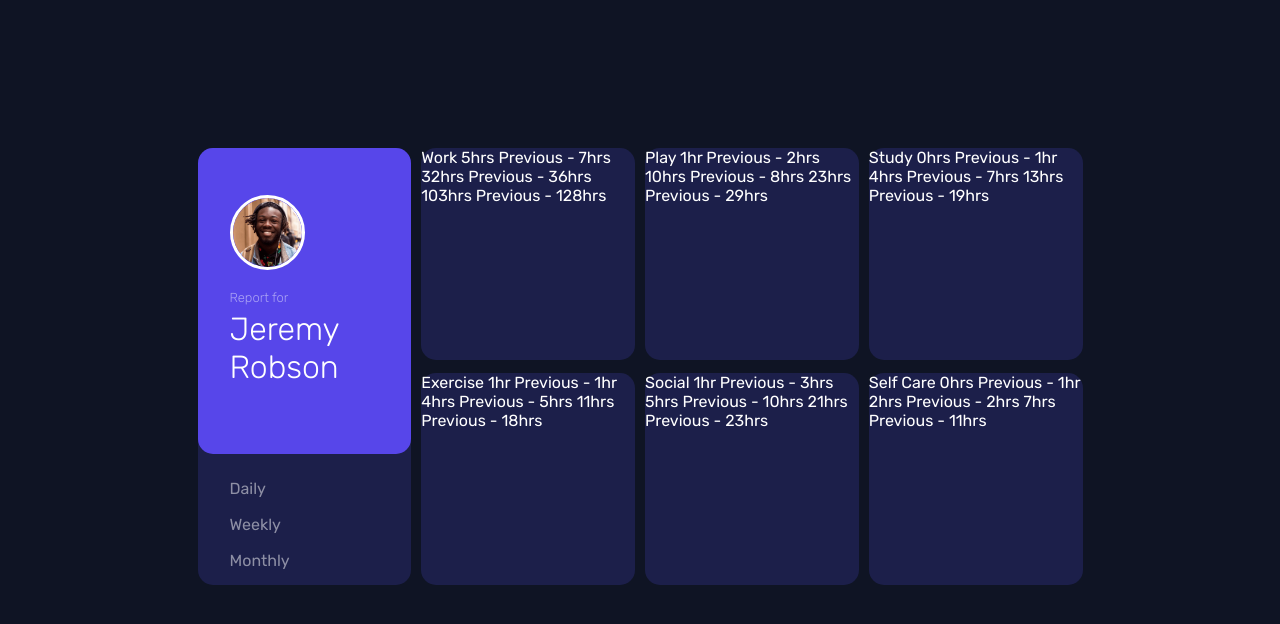
Repository: 3mr-5aled/time-tracking-dashboard-Junior
Page: index.html
An editor plug-in stored every save of this project. The page is shown before and after the next save, followed by the edit.
The browser window is 1280 px wide. The pictures show the whole page.

Above is the page before, as saved 2022-12-27 20:21:30.

### index.html
<!DOCTYPE html>
<html lang="en">
  <head>
    <meta charset="UTF-8" />
    <meta name="viewport" content="width=device-width, initial-scale=1.0" />
    <!-- displays site properly based on user's device -->

    <link
      rel="icon"
      type="image/png"
      sizes="32x32"
      href="./images/favicon-32x32.png"
    />
    <link rel="stylesheet" href="style.css" />

    <title>Frontend Mentor | Time tracking dashboard</title>

    <!-- Feel free to remove these styles or customise in your own stylesheet 👍 -->
    <style>
      .attribution {
        display: none;
        font-size: 11px;
        text-align: center;
      }
      .attribution a {
        color: hsl(228, 45%, 44%);
      }
    </style>
  </head>
  <body>
    <div class="main">
      <div class="user">
        <div class="userData">
          <img src="images/image-jeremy.png" alt="userFace" />
          <div class="userInfo">
            <p>Report for</p>
            <span>Jeremy Robson</span>
          </div>
        </div>
        <div class="filter">
          <button>Daily</button>
          <button>Weekly</button>
          <button>Monthly</button>
        </div>
      </div>
      <div class="work">
        Work 5hrs
        <!-- daily -->
        Previous - 7hrs
        <!-- daily -->
        32hrs
        <!-- weekly -->
        Previous - 36hrs
        <!-- weekly -->
        103hrs
        <!-- monthly -->
        Previous - 128hrs
        <!-- monthly -->
      </div>
      <div class="play">
        Play 1hr
        <!-- daily -->
        Previous - 2hrs
        <!-- daily -->
        10hrs
        <!-- weekly -->
        Previous - 8hrs
        <!-- weekly -->
        23hrs
        <!-- monthly -->
        Previous - 29hrs
        <!-- monthly -->
      </div>
      <div class="study">
        Study 0hrs
        <!-- daily -->
        Previous - 1hr
        <!-- daily -->
        4hrs
        <!-- weekly -->
        Previous - 7hrs
        <!-- weekly -->
        13hrs
        <!-- monthly -->
        Previous - 19hrs
        <!-- monthly -->
      </div>

      <div class="exercise">
        Exercise 1hr
        <!-- daily -->
        Previous - 1hr
        <!-- daily -->
        4hrs
        <!-- weekly -->
        Previous - 5hrs
        <!-- weekly -->
        11hrs
        <!-- monthly -->
        Previous - 18hrs
        <!-- monthly -->
      </div>

      <div class="social">
        Social 1hr
        <!-- daily -->
        Previous - 3hrs
        <!-- daily -->
        5hrs
        <!-- weekly -->
        Previous - 10hrs
        <!-- weekly -->
        21hrs
        <!-- monthly -->
        Previous - 23hrs
        <!-- monthly -->
      </div>
      <div class="selfCare">
        Self Care 0hrs
        <!-- daily -->
        Previous - 1hr
        <!-- daily -->
        2hrs
        <!-- weekly -->
        Previous - 2hrs
        <!-- weekly -->
        7hrs
        <!-- monthly -->
        Previous - 11hrs
        <!-- monthly -->
      </div>
    </div>
    <div class="attribution">
      Challenge by
      <a href="https://www.frontendmentor.io?ref=challenge" target="_blank"
        >Frontend Mentor</a
      >. Coded by <a href="#">3mr 5aled</a>.
    </div>
  </body>
</html>

### style.css
@import url("https://fonts.googleapis.com/css2?family=Rubik:wght@200;300;400;500&display=swap");

* {
  box-sizing: border-box;
  padding: 0;
  margin: 0;
  font-family: "Rubik", sans-serif;
}

:root {
  /* Primary colors */
  --blue: hsl(246, 80%, 60%);
  --light-red: hsl(15, 100%, 70%); /*(work)*/
  --soft-blue: hsl(195, 74%, 62%); /*(play)*/
  --light-red: hsl(348, 100%, 68%); /*(study)*/
  --lime-green: hsl(145, 58%, 55%); /*(exercise)*/
  --violet: hsl(264, 64%, 52%); /*(social)*/
  --soft-orange: hsl(43, 84%, 65%); /*(self care)*/

  /* Neutral colors */
  --very-dark-blue: hsl(226, 43%, 10%);
  --dark-blue: hsl(235, 46%, 20%);
  --light-purple: #5746ea;
  --desaturated-blue: hsl(235, 45%, 61%);
  --pale-blue: hsl(236, 100%, 87%);

  /* card font size */
  --fs-card: 18px;

  /* media quires */
  --mobile-view: 375px;
  --desktop-view: 1440px;
}

body {
  padding: 10px;
  background-color: var(--very-dark-blue);
  color: white;
  display: flex;
  /* align-items: center; */
  justify-content: center;
}

.main {
  display: grid;
  grid-template-columns: 1fr;
  grid-template-rows: repeat(7, 1fr);
  /* grid-row-gap: 10px; */
  grid-column-gap: 10px;
  grid-template-areas:
    "user"
    "work"
    "play"
    "study"
    "exercise"
    "social"
    "selfCare";
}
.user,
.work,
.play,
.study,
.exercise,
.social,
.selfCare {
  background: var(--dark-blue);
  border-radius: 15px;
  /* padding: 1rem; */
  margin-top: 0.8rem;
  /* margin-right: 0.8rem; */
  /* margin-left: 1rem; */
}
/* start user section */
.user {
  grid-area: user;
}
.userData {
  display: flex;
  flex-direction: row;
  align-items: center;
  justify-content: center;
  background: var(--light-purple);
  border-radius: 15px;
  padding: 15px;
}
img {
  border: 3px solid white;
  border-radius: 50%;
  height: 60px;
  width: 60px;
}
.userInfo {
  margin: 20px 0;
  margin-left: 15px;
}
.userInfo p {
  font-weight: 300;
  color: rgba(255, 255, 255, 0.5);
  padding-bottom: 5px;
  font-size: small;
}
.userInfo span {
  font-weight: 200;
  font-size: x-large;
}

.filter {
  display: flex;
  flex-direction: row;
  align-items: center;
  justify-content: space-evenly;
  margin: 1rem 0;
}

.filter button {
  background: transparent;
  border: none;
  font-size: medium;
  color: rgba(255, 255, 255, 0.5);
}
.filter button:hover {
  color: white;
}
/* end user section */

.work {
  grid-area: work;
}
.play {
  grid-area: play;
}
.study {
  grid-area: study;
}
.exercise {
  grid-area: exercise;
}
.social {
  grid-area: social;
}
.selfCare {
  grid-area: selfCare;
}

@media screen and (min-width: 375px) {
  body {
    align-items: center;
    height: 100vh;
    padding: 50px;
  }
  .main {
    grid-template-columns: repeat(4, 1fr);
    grid-template-rows: repeat(2, 1fr);
    grid-template-areas:
      "user work play study"
      "user exercise social selfCare";
    height: calc(100vh / 1.6);
    width: 75%;
  }

  img {
    width: 75px;
    height: 75px;
  }
  .userData {
    flex-direction: column;
    align-items: flex-start;
    justify-content: center;
    height: 70%;
    padding-left: 2rem;
  }
  .userInfo {
    margin-left: 0px;
  }
  .userInfo span {
    word-wrap: break-word;
    /* white-space: warp; */
    font-size: 2em;
  }
  .filter {
    margin-left: 2rem;
    height: 25%;
    /* gap: 5px; */
    align-items: flex-start;
    justify-content: space-around;
    flex-direction: column;
  }
}

After the next save:
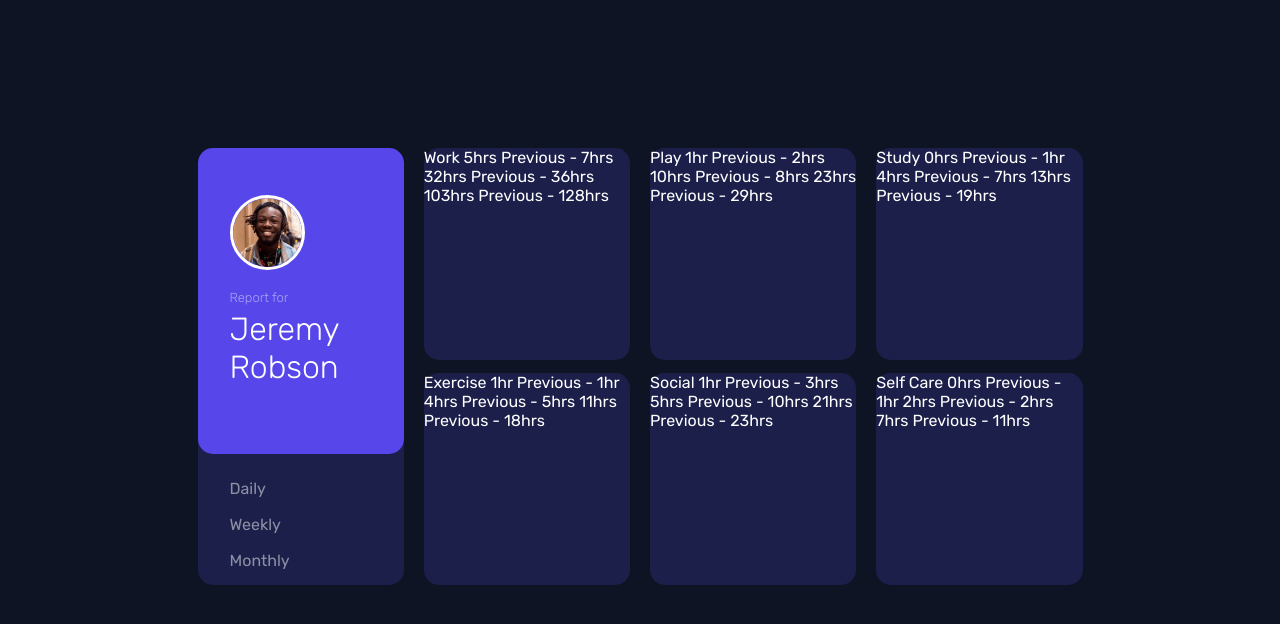
Saved 62 s later.
--- a/style.css
+++ b/style.css
@@ -46,7 +46,7 @@ body {
   grid-template-columns: 1fr;
   grid-template-rows: repeat(7, 1fr);
   /* grid-row-gap: 10px; */
-  grid-column-gap: 10px;
+  grid-column-gap: 20px;
   grid-template-areas:
     "user"
     "work"
